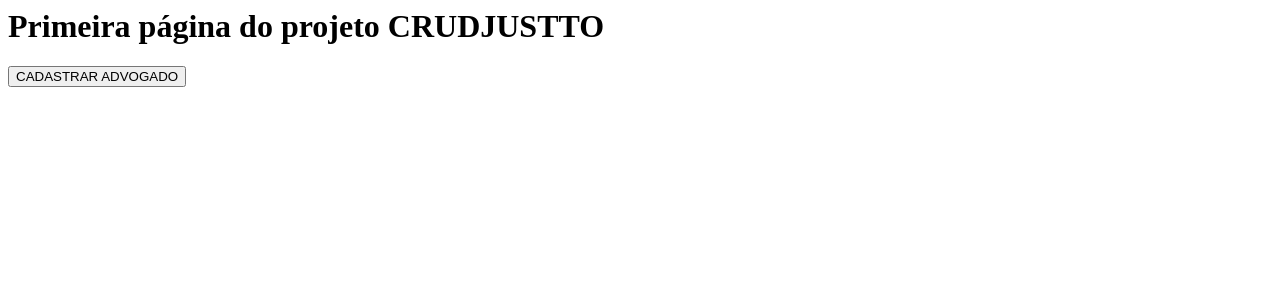
Repository: Natan16/CRUDJUSTTO
Page: CRUDJUSTTOWEB/WebContent/index.html
The author's editor kept a copy of each file at every save. The page is drawn from the files as they stood at one save, then again after the next save.
The browser window is 1280 px wide. The pictures show the whole page.

Above is the page before, as saved 2019-08-31 22:59:11.

### CRUDJUSTTOWEB/WebContent/index.html
<html>
	<head>
		<title>Projeto CRUDJUSTTO</title>
	</head>
	<body>
		<h1>Primeira página do projeto CRUDJUSTTO</h1>

		<form action="adiciona-advogado.jsp" method="post">
			<input type="submit" value="CADASTRAR ADVOGADO" >
		</form>


	</body>
</html>

After the next save:
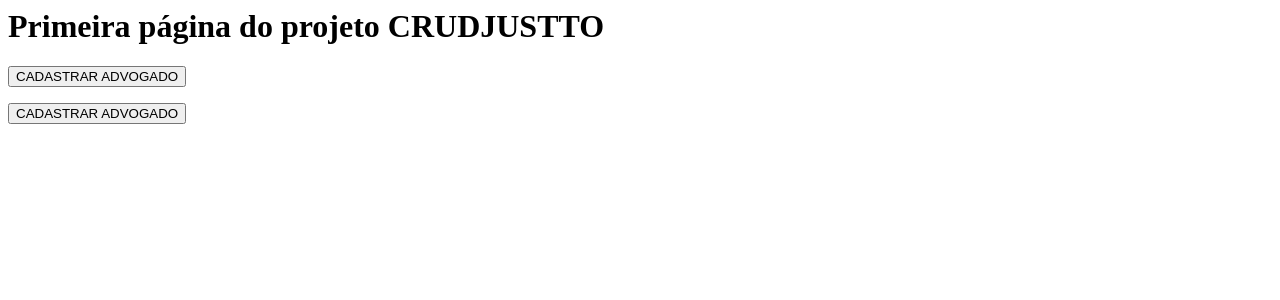
Saved 17 s later.
--- a/CRUDJUSTTOWEB/WebContent/index.html
+++ b/CRUDJUSTTOWEB/WebContent/index.html
@@ -9,6 +9,10 @@
 			<input type="submit" value="CADASTRAR ADVOGADO" >
 		</form>
 
+		<form action="adiciona-advogado.jsp" method="post">
+			<input type="submit" value="CADASTRAR ADVOGADO" >
+		</form>
+
 
 	</body>
 </html>
